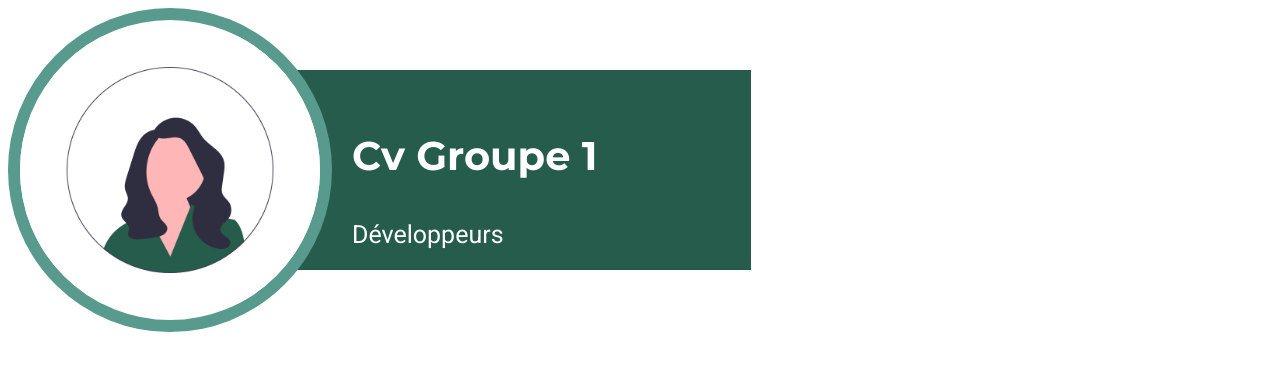
Repository: NdiongueFH/Mon_CV
Page: CV_Groupe1.html
These files come from the project's save history. The page is drawn as it stood at one moment and after the next save; the edit follows.
The browser window is 1280 px wide. The pictures show the whole page.

Above is the page before, as saved 2024-08-03 13:44:27.

### CV_Groupe1.html
<!DOCTYPE html>
<html lang="fr">
<head>
    <meta charset="UTF-8">
    <meta name="viewport" content="width=device-width, initial-scale=1.0">
    <!--Intégration de police d'écriture via un lien web-->
    <link href="https://fonts.googleapis.com/css2?family=Montserrat:wght@400;700&family=Open+Sans:wght@400;700&family=Roboto:wght@400;500&display=swap" rel="stylesheet">
    <!--Intégration de notre lien CSS-->
    <link rel="stylesheet" href="CV_Groupe1.css">
    <title>MON CV</title>

</head>
<body>
    <!--section principale-->
    <section id="principal">

        <!--Début Partie Ndiawar-->

        <!--la partie profile de notre cv-->
        <section id="profile">
            <!--identité-->
            <div id="identite">
                <!--image-->
                <div class="image">
                    <img id="image_profil" src="./image/profil.png" alt="" sizes="30" srcset="">
                </div>
                <!--fin image-->
                <!--debut nom-->
                <div class="nom">
                    <h1 id="name_cv">Cv Groupe 1</h1>
                    <span id="function">Développeurs</span>
                </div>
                <!--fin nom-->
            </div>
            <!--fin identité-->
        </section>
        <!--fin de la partie profile-->

        <!--Fin Partie Ndiawar Diop-->


        <!--le debut du corp de notre cv-->
        <section  id="renseignement">
            <!--corp -->
            <div id="corps">
                <!--debut blanc-->
                <div class="blanc">


                    <!--Début Partie Anta Maguette Faye-->


                    <!--education-->
                    <div class="edu_exp">
                        <!--titre education-->
                        <div class="titre_edu_exp"></div>
                        <!--fin titre education-->
                        <!--parti education-->
                        <div class="info_edu"></div>
                        <!--fin parti education-->
                    </div>
                    <!--fin education-->


                    <!--Fin Partie Anta Maguette Faye-->

                    <!--Début Partie Fatoumata Hawa Ndiongue-->

                    <!--experience-->
                    <div class="edu_exp" >
                        <!--titre experience-->
                        <div class="titre_edu_exp"></div>
                        <!--fin titre experience-->
                        <!--parti experience-->
                        <div class="info_exp"></div>
                        <!--fin parti experience-->
                    </div>
                    <!--fin experience-->

                    <!--Début Footer-->
                    <div id="footer">

                    </div>
                    <!--Fin Footer-->

                    <!--Fin Partie Fatoumata Hawa Ndiongue-->

                </div>
                <!--fin blanc-->

                <!--Début Moustapha Dieng-->


                <!--debut noir-->
                <div class="noir">
                    <!--contact-->
                    <div class="contact">
                        <!--titre contact-->
                        <div class="titre_contact_skill">
                            <h1></h1>
                        </div>
                        <!--fin titre contact-->
                        <!-- donnee contact-->
                        <div class="donnees_contact">

                        </div>
                        <!--fin donnee contact-->
                    </div>
                    <!--fin contact-->
                    <!--skill-->
                    <div class="skill">
                        <!--titre skill-->
                        <div class="titre_contact_skill">
                            <h1></h1>
                        </div>
                        <!--fin titre skill-->
                        <!--donné skill-->
                        <div class="donnees_skill"></div>
                        <!--fin donné skill-->
                    </div>
                    <!--fin skill-->
                    <!--resaux socio-->
                    <div id="resaux"></div>
                    <!--fin resaux socio-->
                </div>
                <!--fin noir-->

                <!--Fin Moustapha Dieng-->


            </div>
            <!--fin corp-->

        </section>
        <!--la fin du corp de notre cv-->
    </section>
    <!--Fin section principale-->

</body>
</html>

### CV_Groupe1.css
/*Le pseudo-élément `:root` en CSS permet de définir des variables globales pour un document,
représentant l'élément `<html>`. Utilisé pour centraliser la gestion des styles comme
les couleurs et les polices, il facilite la maintenance du CSS en rendant
les valeurs facilement réutilisables et modifiables dans toute la feuille de style.*/

:root {
    /* Définition des couleurs de base */
    --teal-1: #265C4B; /* Teal foncé */
    --teal-2: #146551; /* Teal moyen foncé */
    --teal-3: #007566; /* Teal vif */
    --teal-4: #589A8D; /* Teal clair */
    --teal-5: #fff; /* Blanc très clair */
    --Noir-6: #000000; /*Noir*/
    --Blanc-7: #ffffff; /*Blanc*/

    /* Utilisation des couleurs pour différents éléments */

    --color-title: var(--teal-1); /* Couleur pour les titres */
    --color-subtitle: var(--teal-3); /* Couleur pour les sous-titres */
    --color-paragraph: var(--teal-2); /* Couleur pour les paragraphes */
    --color-border: var(--teal-4); /* Couleur pour les bordures */
    --color-backgroundFoncé: var(--teal-1); /*Couleur de fond foncée*/
    --color-background: var(--teal-5); /* Couleur de fond général */
    --color-text: var(--Noir-6); /*Couleur pour le texte de fond*/
    --color-white: var(--Blanc-7); /*Couleur blanche pour les texte de fon d'une balise"*/
}

/*Intégration de nos polices d'écritures générales pour notre texte, titre et les sous-titres*/
:root {
    /* Polices */
    --font-title: 'Montserrat', sans-serif;
    --font-text: 'Open Sans', sans-serif;
    --font-subtitle: 'Roboto', sans-serif;

    /* Taille de police standard et poids */
    --font-size-normal: 16px; /* Taille de police standard pour le texte */
    --font-size-title: 28px; /* Taille de police pour les grands titres */
    --font-size-subtitle: 20px; /* Taille de police pour les sous-titres */
    --font-weight-normal: 400; /* Poids normal de la police */
    --font-weight-bold: 700; /* Poids en gras */
    /*Pour le profil la taile du nom et du sous-titre*/
    --font-size-titleProfil: 40px;
    --font-size-subtitleProfil: 25px;
}

/*Initialisation de notre body pour supprimer les marges et choix du type de police pour notre site*/
body {
    color: var(--color-text);
    background-color: var(--color-background);
    font-family: var(--font-text);
    font-size: var(--font-size-normal);
    font-weight: var(--font-weight-normal);
}

/*Partie Ndiawar Diop*/
    /*Début partie profil de Mon_CV*/

/*Div Identité*/
#identite {
    display: flex;
    align-items: center; /* Pour aligner verticalement les éléments à l'intérieur */
    background: none;
}

/*Image*/
.image {
    background-color: var(--color-background);
    border: 12px solid var(--color-border);
    width: 300px;  /* Assurez-vous que le conteneur est carré */
    height: 300px;
    border-radius: 50%;  /* Rend l'image ronde */
    overflow: hidden;  /* Cache les parties de l'image qui débordent */
    z-index: 2; /* Nous Plaçons l'image au-dessus de .nom */
    position: relative; /* Nécessaire pour appliquer z-index */
}

#image_profil {
    width: 100%;
    height: 100%;
    object-fit: contain;  /* Garantit que l'image couvre tout l'espace sans déformation */
}

.nom {
    background-color: var(--color-backgroundFoncé);
    width: 30%;
    height: 200px; /* Aligner la hauteur avec celle de l'image */
    display: flex;
    color: var(--color-white);
    flex-direction: column;
    justify-content: center;
    text-align: left;
    padding: 0 20px 0 70px;
    margin-left: -50px; /* Ajustement pour le chevauchement */
    z-index: 1; /* S'assurer que .nom se superpose à .image */
    position: relative;
}
#name_cv{
    font-family: var(--font-title);
    font-size: var(--font-size-titleProfil);
    font-weight: var(--font-weight-bold);
}
#function {
    font-family: var(--font-subtitle);
    font-size: var(--font-size-subtitleProfil);
    font-weight: var(--font-weight-normal);
}
    /*Fin Partie profil de Mon_Cv*/
/*Fin Partie Ndiawar Diop*/

After the next save:
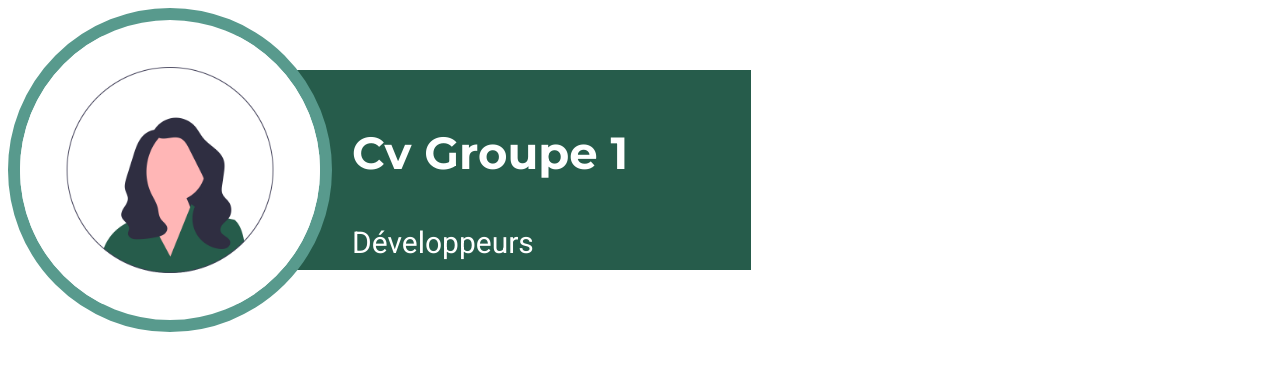
Saved 17 s later.
--- a/CV_Groupe1.css
+++ b/CV_Groupe1.css
@@ -39,8 +39,8 @@ les valeurs facilement réutilisables et modifiables dans toute la feuille de st
     --font-weight-normal: 400; /* Poids normal de la police */
     --font-weight-bold: 700; /* Poids en gras */
     /*Pour le profil la taile du nom et du sous-titre*/
-    --font-size-titleProfil: 40px;
-    --font-size-subtitleProfil: 25px;
+    --font-size-titleProfil: 45px;
+    --font-size-subtitleProfil: 30px;
 }
 
 /*Initialisation de notre body pour supprimer les marges et choix du type de police pour notre site*/
